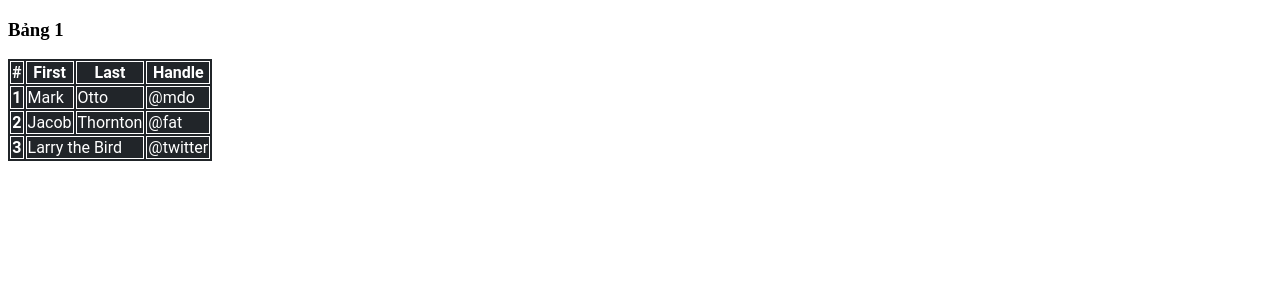
Repository: ThuatDev/BTVN_FE_JUNE
Page: index.html
The author's editor kept a copy of each file at every save. The page is drawn from the files as they stood at one save, then again after the next save.
The browser window is 1280 px wide. The pictures show the whole page.

Above is the page before, as saved 2023-08-02 15:19:04.

### index.html
<!DOCTYPE html>
<html lang="en">
  <head>
    <meta charset="UTF-8" />
    <meta name="viewport" content="width=device-width, initial-scale=1.0" />
    <!-- <link
      href="https://cdn.jsdelivr.net/npm/bootstrap@5.0.2/dist/css/bootstrap.min.css"
      rel="stylesheet"
    /> -->
    <title>Document</title>
    <style>
      .bg-dark {
        background-color: #212529;
      }
      .text-white {
        color: #fff;
      }
      .table th,
      .table td {
        border: 1px solid #fff;
      }
      .table {
        font-family: "Roboto", sans-serif;
        font-size: 16px;
        font-weight: normal;
      }
      .table th {
        font-weight: bold;
      }
    </style>
  </head>
  <body>
    <h3>Bảng 1</h3>
    <table class="table text-white table-bordered bg-dark">
      <thead>
        <tr>
          <th scope="col">#</th>
          <th scope="col">First</th>
          <th scope="col">Last</th>
          <th scope="col">Handle</th>
        </tr>
      </thead>
      <tbody>
        <tr>
          <th scope="row">1</th>
          <td>Mark</td>
          <td>Otto</td>
          <td>@mdo</td>
        </tr>
        <tr>
          <th scope="row">2</th>
          <td>Jacob</td>
          <td>Thornton</td>
          <td>@fat</td>
        </tr>
        <tr>
          <th scope="row">3</th>
          <td colspan="2">Larry the Bird</td>
          <td>@twitter</td>
        </tr>
      </tbody>
    </table>
  </body>
</html>

After the next save:
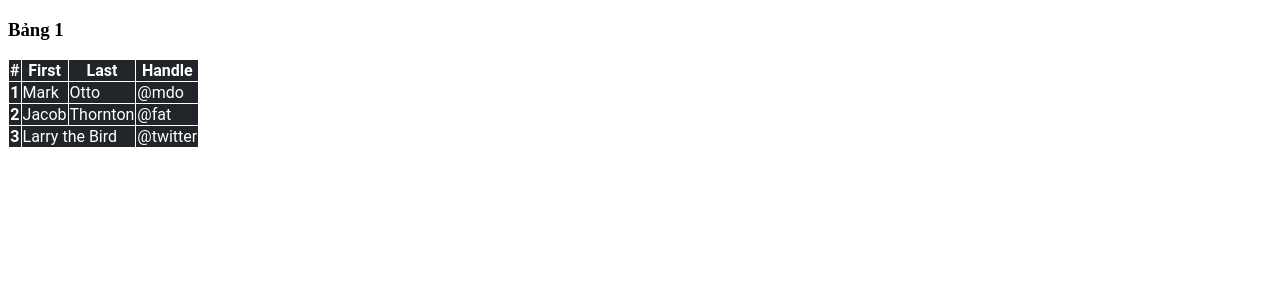
Saved 17 s later.
--- a/index.html
+++ b/index.html
@@ -26,6 +26,9 @@
       }
       .table th {
         font-weight: bold;
+      }
+      .table {
+        border-collapse: collapse;
       }
     </style>
   </head>

After the save that followed:
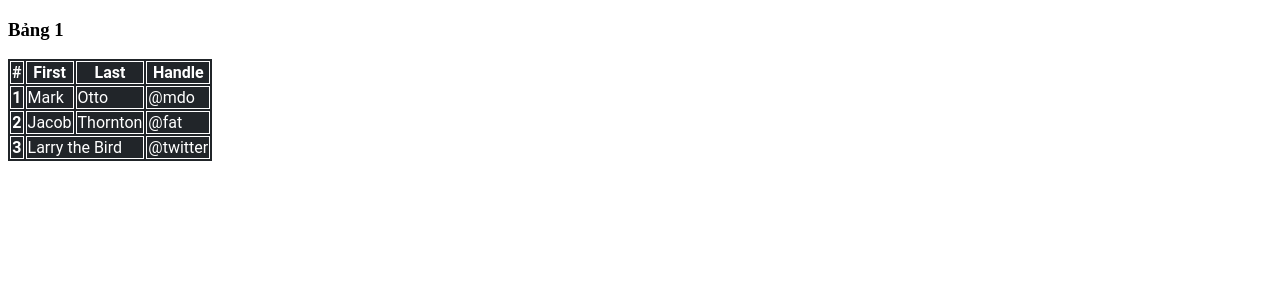
Saved 5 s later.
--- a/index.html
+++ b/index.html
@@ -26,9 +26,6 @@
       }
       .table th {
         font-weight: bold;
-      }
-      .table {
-        border-collapse: collapse;
       }
     </style>
   </head>
